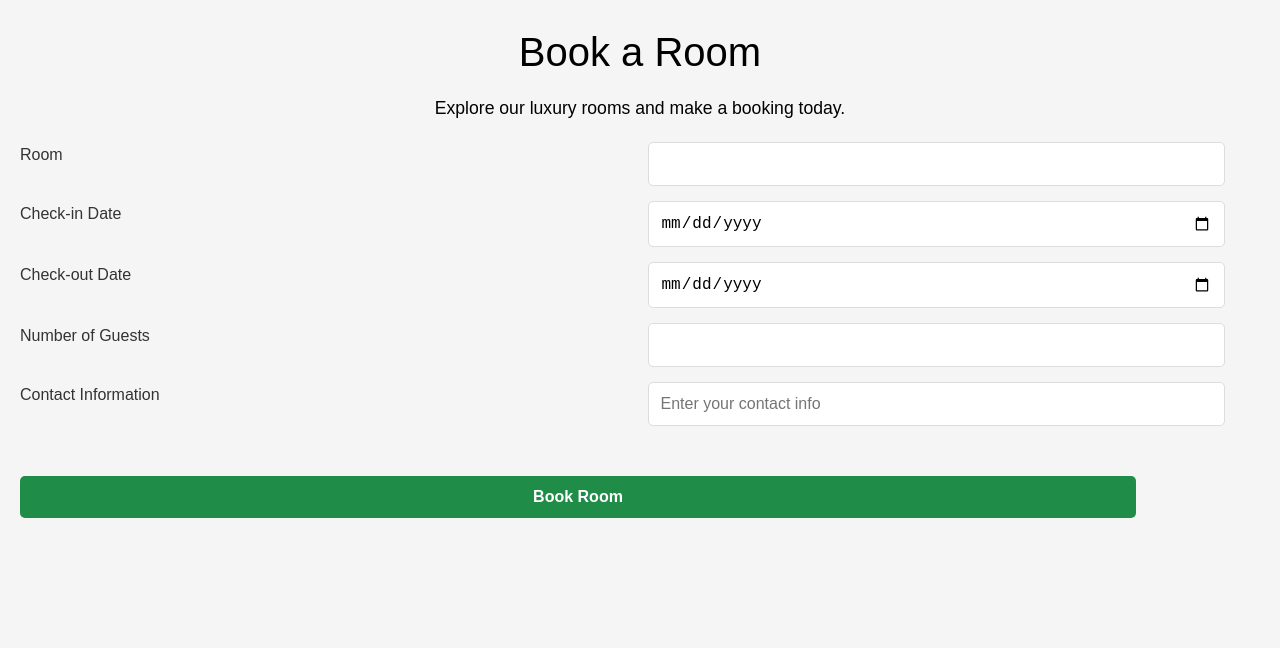
Repository: malingubarnice/Online-Reservation-System
Page: seperate_room.html
An editor plug-in stored every save of this project. The page is shown before and after the next save, followed by the edit.
The browser window is 1280 px wide. The pictures show the whole page.

Above is the page before, as saved 2025-04-03 18:01:30.
Console error: TypeError: Cannot read properties of null (reading 'addEventListener')

### seperate_room.html
<!DOCTYPE html>
<html lang="en">
<head>
    <meta charset="UTF-8">
    <meta name="viewport" content="width=device-width, initial-scale=1.0">
    <title>Room Booking</title>
    <link rel="stylesheet" href="styles.css">
</head>
<body>
    <!-- Rooms Section -->
<section id="rooms">
    <h1>Book a Room</h1>
    <p>Explore our luxury rooms and make a booking today.</p>

    <div class="room-list">
      <!-- Room cards dynamically loaded -->
    </div>

    <!--A Booking Form-->
  <!-- Booking form (initially hidden) -->

  <div class="reservation-form">
    <form action="send_room.php" method="post">
        <!-- Hidden input for room ID -->
        <input type="hidden" id="room_id" name="room_id">

        <label for="room-selection">Room</label>
        <input type="text" id="room-selection" name="room_name" readonly>

        <label for="check-in-date">Check-in Date</label>
        <input type="date" id="check-in-date" name="check_in_date" required>

        <label for="check-out-date">Check-out Date</label>
        <input type="date" id="check-out-date" name="check_out_date" required>

        <label for="guest-count">Number of Guests</label>
        <input type="number" id="guest-count" name="guest_count" min="1" required>

        <label for="contact-info">Contact Information</label>
        <input type="text" id="contact-info" name="contact-info" placeholder="Enter your contact info" required>

        <p id="price-display"></p>
        <input type="hidden" id="price" name="price">


        <button type="submit" class="reserve-btn">Book Room</button>
    </form>
  </div>



  <script>
    document.addEventListener("DOMContentLoaded", function () {
        let today = new Date().toISOString().split("T")[0];

        // Set min date for reservations
        document.getElementById("date").setAttribute("min", today);

        // Set min date for room bookings
        document.getElementById("check-in-date").setAttribute("min", today);

        // Update checkout date when check-in date is selected
        document.getElementById("check-in-date").addEventListener("change", function () {
            let checkInDate = this.value;
            document.getElementById("check-out-date").setAttribute("min", checkInDate);
        });
    });
  </script>

  <script src="roomjs.js"></script>



</body>
</html>

### styles.css
/* General Reset */
body, h1, h2, p, ul, li, a, button {
    margin: 0;
    padding: 0;
    box-sizing: border-box;
}

/* Body and Layout */
body {
    font-family: 'Arial', sans-serif;
    line-height: 1.6;
    background-color: #f5f5f5;
    color: #333;
}

/* Header */
header {
    display: flex;
    justify-content: space-between;
    align-items: center;
    padding: 20px;
    background: white;
    color: #fff;
    border-bottom: 2px solid #c4ccd4;
    border-radius: 26px;
    border-style: none;
}

header .logo img {
    height: 100px;
    border-radius: 50px;
}

header nav ul {
    display: flex;
    list-style: none;
}

header nav ul li {
    margin-left: 25px;
}

header nav ul li a {
    color: rgb(10, 10, 10);
    text-decoration: none;
    font-size: 25px;
    font-weight: 500;
    transition: color 0.3s;
}

header nav ul li a:hover {
    color: #eb2630;
}




/* Container for Features Section */
.features {
    display: flex;
    justify-content: flex-start;
    align-items: flex-start;
    flex-direction: row;  /* This will place the features next to each other */
    gap: 20px;  /* Adds space between each feature box */
    margin-left: 20px;  /* Adjust the space from the left */
  }

  /* Individual Feature Box */
  .feature {
    background-color: #fff;
    padding: 20px;
    margin-bottom: 15px;
    margin-top: 15px;
    box-shadow: 0 4px 8px rgba(0, 0, 0, 0.1);
    border-radius: 10px;
    flex: 1;  /* Makes each feature box take equal width */
  }

  /* Feature Header */
  .feature h2 {
    font-size: 22px;
    margin-bottom: 10px;
  }

  /* Feature Description */
  .feature p {
    font-size: 16px;
    color: white;
  }

  /* Optional: Adjusting feature links */
  .feature a {
    display: inline-block;
    background-color: #15ad4d;
    color: #fff;
    padding: 10px 20px;
    border-radius: 5px;
    text-decoration: none;
    transition: background-color 0.3s;
  }

  .feature a:hover {
    background-color: #1dd168;
  }




/* Reservations Section */
#reservations {
    padding: 50px 20px;
    background: #fff;
    margin: 20px auto;
    max-width: 900px;
    box-shadow: 0 8px 16px rgba(0, 0, 0, 0.1);
    border-radius: 10px;
}

#reservations h1 {
    font-size: 32px;
    margin-bottom: 20px;
    text-align: center;
    color: #2c3e50;
}

.reservation-form form {
    display: grid;
    grid-template-columns: 1fr 1fr;
    gap: 15px;
    margin-bottom: 30px;
}

.reservation-form label {
    font-size: 16px;
    color: #333;
}

.reservation-form input,
.reservation-form textarea,
.reserve-btn {
    padding: 12px;
    border: 1px solid #ddd;
    border-radius: 5px;
    font-size: 16px;
    transition: border-color 0.3s;
    width: 90%;
}

.reservation-form input:focus,
.reservation-form textarea:focus {
    border-color: #27ae60;
}

.reserve-btn {
    background-color: #1f8c47;
    color: #fff;
    font-weight: bold;
    cursor: pointer;
    border: none;
    transition: background-color 0.3s;
    grid-column: span 2;
}

.reserve-btn:hover {
    background-color: #10e669;
}

/* Table Layout */
.table-layout {
    margin-top: 20px;
    text-align: center;
}

.tables {
    display: grid;
    grid-template-columns: repeat(auto-fill, minmax(100px, 1fr));
    gap: 20px;
}

.tables .table {
    background-color: #ddd;
    padding: 20px;
    text-align: center;
    font-size: 18px;
    border-radius: 8px;
    cursor: pointer;
    transition: transform 0.3s, background-color 0.3s;
}

.tables .table:hover {
    transform: scale(1.1);
    background-color: #27ae60;
    color: #fff;
}




/* Menu Section */
#menu {
    padding: 50px 20px;
    background: #fff;
    margin: 20px auto;
    max-width: 900px;
    box-shadow: 0 8px 16px rgba(0, 0, 0, 0.1);
    border-radius: 10px;
}

.menu-items {
    display: grid;
    grid-template-columns: repeat(auto-fill, minmax(250px, 1fr));
    gap: 20px;
}

.menu-items .menu-item {
    background: #f4f4f4;
    padding: 20px;
    border-radius: 8px;
    box-shadow: 0 4px 8px rgba(0, 0, 0, 0.1);
    text-align: center;
    transition: transform 0.3s;
}

.menu-items .menu-item:hover {
    transform: scale(1.05);
    box-shadow: 0 8px 16px rgba(0, 0, 0, 0.2);
}

.menu-items img {
    max-width: 100%;
    border-radius: 5px;
}

/* Targeting buttons inside the #menu section */
#menu button {
    width: 100%;
    padding: 12px;
    background: #1f8c47;
    color: white;
    font-size: 16px;
    border: none;
    border-radius: 8px;
    cursor: pointer;
    transition: 0.3s;
}

#menu button:hover {
    background: #27ae60;
}


/* Footer */
footer {
    text-align: center;
    padding: 20px;
    background-color: whitesmoke;
    color: #fff;
    margin-top: 50px;
}

/* Responsive Design */
@media (max-width: 768px) {
    .features {
        flex-direction: column;
        align-items: center;
    }

    .feature {
        width: 100%;
        margin-bottom: 30px;
    }

    .reservation-form {
        grid-template-columns: 1fr;
    }

    .tables {
        grid-template-columns: 1fr 1fr;
    }

    .menu-items {
        grid-template-columns: 1fr 1fr;
    }
}

@media (max-width: 480px) {
    header {
        flex-direction: column;
        align-items: flex-start;
    }

    header nav ul {
        flex-direction: column;
        gap: 10px;
    }

    .hero h1 {
        font-size: 28px;
    }

    .hero p {
        font-size: 18px;
    }
}

/* Style for available tables */
.table {
    padding: 10px;
    margin: 10px;
    border: 1px solid #ccc;
    cursor: pointer;
    display: inline-block;
}

/* Highlight the selected table */
.table.selected {
    background-color: #4CAF50; /* Green background */
    color: white;
    border: 2px solid #fff;
}

/*stying order online section*/
#order-online {
    padding: 2rem;
}

.menu-item {
    border: 1px solid #ddd;
    margin: 1rem;
    padding: 1rem;
    text-align: center;
}
.order-form {
    margin-top: 2rem;
}
.order-total {
    font-weight: bold;
    margin-top: 1rem;
}


/*styling rooms*/
/* General styling for the Rooms Section */
#rooms {
    font-family: Arial, sans-serif;
    padding: 20px;
    background-color: #f5f5f5;
}

#rooms h1 {
    text-align: center;
    color: #333;
    font-size: 2.5rem;
    margin-bottom: 10px;
}

#rooms p {
    text-align: center;
    font-size: 1.1rem;
    color: #666;
    margin-bottom: 20px;
}

/* Room Listings */
.room-listings {
    display: grid;
    grid-template-columns: repeat(auto-fill, minmax(250px, 1fr));
    gap: 20px;
    margin-bottom: 30px;
}

.room-card {
    background-color: white;
    border-radius: 8px;
    box-shadow: 0 4px 6px rgba(0, 0, 0, 0.1);
    padding: 15px;
    text-align: center;
    transition: transform 0.3s ease-in-out;
}

.room-card:hover {
    transform: translateY(-5px);
}

.room-card img {
    width: 100%;
    height: 180px;
    object-fit: cover;
    border-radius: 8px;
}

.room-card h3 {
    font-size: 1.5rem;
    color: #333;
    margin: 15px 0;
}

.room-card p {
    font-size: 1.1rem;
    color: #777;
}

.room-card .price {
    font-size: 1.2rem;
    font-weight: bold;
    color: #1f8c47;
    margin-top: 10px;
}

.room-card button {
    background-color: #1f8c47;
    color: white;
    padding: 10px 15px;
    font-size: 1rem;
    border: none;
    border-radius: 5px;
    cursor: pointer;
    transition: background-color 0.3s;
}

.room-card button:hover {
    background-color: #27ae60;
}


/* New class for hiding the form */
.booking-form.hidden {
    display: none;
}

/* Booking Form Styling */
.booking-form {
    background-color: white;
    padding: 20px;
    border-radius: 8px;
    box-shadow: 0 4px 6px rgba(0, 0, 0, 0.1);
    width: 70%;
    max-width: 600px;
    margin: 0 auto;
}

.booking-form h2 {
    text-align: center;
    color: #333;
    font-size: 2rem;
    margin-bottom: 15px;
}

.booking-form form {
    display: flex;
    flex-direction: column;
    gap: 15px;
}

.booking-form label {
    font-size: 1.1rem;
    color: #333;
}

.booking-form select,
.booking-form input {
    padding: 10px;
    font-size: 1rem;
    border: 1px solid #ccc;
    border-radius: 5px;
    width: 100%;
}

.booking-form button {
    background-color: #1f8c47;
    color: white;
    padding: 12px 20px;
    font-size: 1.1rem;
    border: none;
    border-radius: 5px;
    cursor: pointer;
    transition: background-color 0.3s;
}

.booking-form button:hover {
    background-color: #27ae60;
}

/* Confirmation Message */
#confirmation-message {
    font-size: 1.2rem;
    color: #333;
    margin-top: 20px;
    text-align: center;
    display: none; /* Hidden initially */
}

#confirmation-message.success {
    color: #4caf50;
}

#confirmation-message.error {
    color: #f44336;
}



/* Container for styling the rooms */
.room-list {
    display: flex;
    flex-wrap: wrap; /* Allows room cards to wrap to the next line when necessary */
    justify-content: center; /* Centers the room cards horizontally */
    gap: 20px; /* Adds space between cards */
    max-width: 80%; /* Makes the container occupy 80% of the page */
    margin: 0 auto; /* Centers the container horizontally */
}

/* Individual room card */
.room-card {
    width: 30%; /* Makes each card take up about 30% of the container's width */
    max-width: 300px; /* Optional: Set a max width for the cards */
    margin: 10px;
    padding: 15px;
    text-align: center;
    box-shadow: 0 4px 8px rgba(0, 0, 0, 0.1);
    background-color: #fff;
    border-radius: 10px;
    box-sizing: border-box;
}

/* Image inside room card */
.room-card img {
    width: 100%; /* Ensures the image stretches across the container */
    height: auto; /* Keeps aspect ratio intact */
    object-fit: contain; /* Ensures the full image is visible */
}

@media (max-width: 768px) {
    .room-card {
        width: 100%; /* Makes room cards stack on smaller screens */
    }
}

/* Target the specific booking room section and make the font weight lighter */
#rooms {
    color: black; /* Keeps the text color black */
    font-weight: lighter; /* Makes the font weight lighter */
}

/* Target the room cards within the booking room section */
#rooms .room-card {
    color: black; /* Ensures room card text is black */
    font-weight: lighter; /* Makes the room card text lighter */
}

/* You can also target specific elements like titles and descriptions, if necessary */
#rooms h1, #rooms p, #rooms .room-name, #rooms .room-description {
    color: black; /* Sets the text to black */
    font-weight: lighter; /* Reduces the font weight */
}

### roomjs.js








document.addEventListener('DOMContentLoaded', function () {
    fetch('get_room.php')
      .then(response => response.json())
      .then(data => {
        if (Array.isArray(data)) {
          displayRooms(data);
        } else {
          console.error('Error fetching rooms:', data.message);
        }
      })
      .catch(error => console.error('Error fetching room data:', error));
});

function displayRooms(rooms) {
    const roomListContainer = document.querySelector('.room-list');
    roomListContainer.innerHTML = ""; // Clear previous content

    rooms.forEach(room => {
        const roomHTML = `
            <div class="room-card">
                <img src="${room.image_url}" alt="${room.room_name}" style="width: 100%; height: 200px; object-fit: cover;">
                <h2>${room.room_name}</h2>
                <p>Type: ${room.room_type}</p>
                <p>Capacity: ${room.capacity} guests</p>
                <p>${room.description}</p>
                <p>Price: KSh ${room.price_per_night.toLocaleString()}</p>
                <button onclick="selectRoom(${room.room_id}, '${room.room_name}', ${room.price_per_night})">Book Now</button>
            </div>
        `;
        roomListContainer.innerHTML += roomHTML;
    });
}

function selectRoom(roomId, roomName, price) {
    console.log(`Room selected: ${roomName} (ID: ${roomId})`);

    document.getElementById('room-selection').value = roomName;
    document.getElementById('room_id').value = roomId;
    document.getElementById('price').textContent = `KSh ${price.toLocaleString()}`;
    document.querySelector('.booking-form').style.display = 'block';
}

document.getElementById('room-booking-form').addEventListener('submit', function (event) {
    event.preventDefault();

    const roomId = document.getElementById('room_id').value;
    const checkInDate = document.getElementById('check-in-date').value;
    const checkOutDate = document.getElementById('check-out-date').value;
    const guestCount = document.getElementById('guest-count').value;
    const contactInfo = document.getElementById('contact-info').value;

    const today = new Date();
    const checkIn = new Date(checkInDate);
    const checkOut = new Date(checkOutDate);

    today.setHours(0, 0, 0, 0);
    checkIn.setHours(0, 0, 0, 0);
    checkOut.setHours(0, 0, 0, 0);

    if (checkIn < today) {
        alert("Check-in date cannot be in the past.");
        return;
    }

    if (checkIn >= checkOut) {
        alert("Check-out date must be after check-in date.");
        return;
    }

    fetch('book_room.php', {
        method: 'POST',
        body: JSON.stringify({
            room_id: roomId,
            check_in_date: checkInDate,
            check_out_date: checkOutDate,
            guest_count: guestCount,
            contact_info: contactInfo
        }),
        headers: {
            'Content-Type': 'application/json'
        }
    })
    .then(response => response.json())
    .then(data => {
        if (data.status === 'success') {
            alert('Booking confirmed!');
            location.reload();
        } else {
            alert('Error: ' + data.message);
        }
    })
    .catch(error => console.error('Error:', error));
});

After the next save:
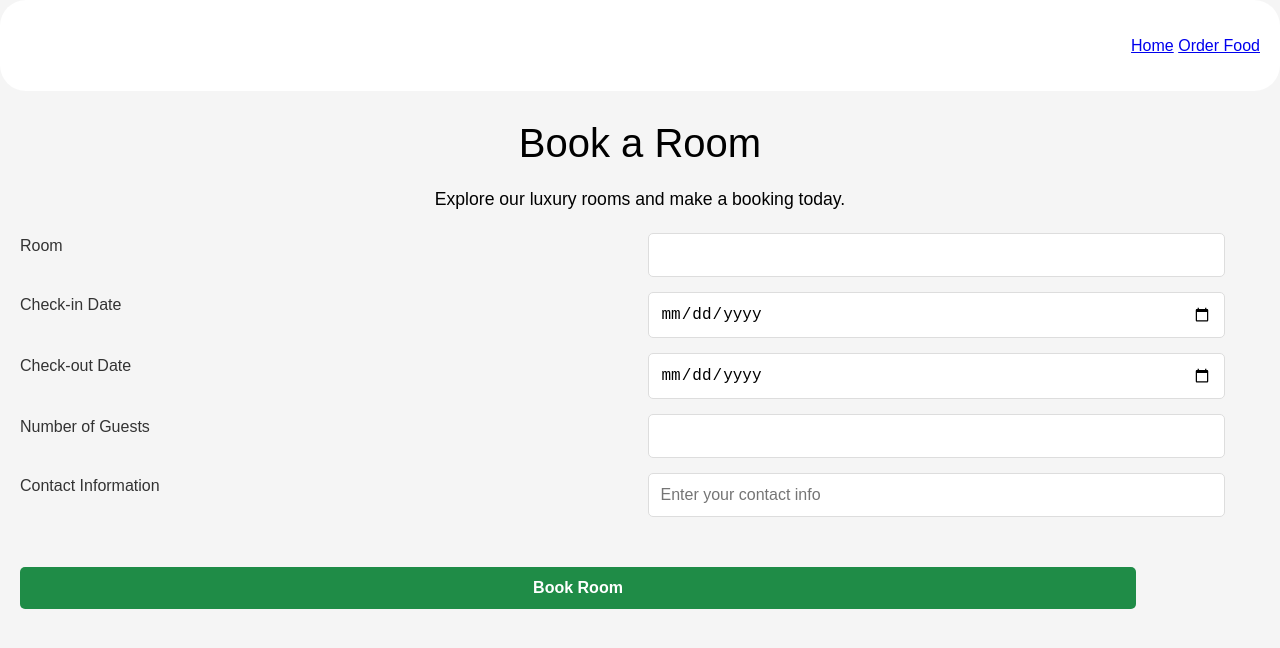
The error is gone.
Saved 98 s later.
--- a/seperate_room.html
+++ b/seperate_room.html
@@ -3,73 +3,70 @@
 <head>
     <meta charset="UTF-8">
     <meta name="viewport" content="width=device-width, initial-scale=1.0">
-    <title>Room Booking</title>
-    <link rel="stylesheet" href="styles.css">
+    <title>Book a Room</title>
+    <link rel="stylesheet" href="styles.css"> <!-- Link your existing CSS -->
 </head>
 <body>
+    <header>
+        <h1>Book a Room</h1>
+        <nav>
+            <a href="index.html">Home</a>
+            <a href="menu.html">Order Food</a>
+        </nav>
+    </header>
+
     <!-- Rooms Section -->
-<section id="rooms">
-    <h1>Book a Room</h1>
-    <p>Explore our luxury rooms and make a booking today.</p>
+    <section id="rooms">
+        <h1>Book a Room</h1>
+        <p>Explore our luxury rooms and make a booking today.</p>
 
-    <div class="room-list">
-      <!-- Room cards dynamically loaded -->
-    </div>
+        <div class="room-list">
+            <!-- Room cards dynamically loaded -->
+        </div>
 
-    <!--A Booking Form-->
-  <!-- Booking form (initially hidden) -->
+        <!-- Booking Form -->
+        <div class="reservation-form">
+            <form action="send_room.php" method="post">
+                <!-- Hidden input for room ID -->
+                <input type="hidden" id="room_id" name="room_id">
 
-  <div class="reservation-form">
-    <form action="send_room.php" method="post">
-        <!-- Hidden input for room ID -->
-        <input type="hidden" id="room_id" name="room_id">
+                <label for="room-selection">Room</label>
+                <input type="text" id="room-selection" name="room_name" readonly>
 
-        <label for="room-selection">Room</label>
-        <input type="text" id="room-selection" name="room_name" readonly>
+                <label for="check-in-date">Check-in Date</label>
+                <input type="date" id="check-in-date" name="check_in_date" required>
 
-        <label for="check-in-date">Check-in Date</label>
-        <input type="date" id="check-in-date" name="check_in_date" required>
+                <label for="check-out-date">Check-out Date</label>
+                <input type="date" id="check-out-date" name="check_out_date" required>
 
-        <label for="check-out-date">Check-out Date</label>
-        <input type="date" id="check-out-date" name="check_out_date" required>
+                <label for="guest-count">Number of Guests</label>
+                <input type="number" id="guest-count" name="guest_count" min="1" required>
 
-        <label for="guest-count">Number of Guests</label>
-        <input type="number" id="guest-count" name="guest_count" min="1" required>
+                <label for="contact-info">Contact Information</label>
+                <input type="text" id="contact-info" name="contact-info" placeholder="Enter your contact info" required>
 
-        <label for="contact-info">Contact Information</label>
-        <input type="text" id="contact-info" name="contact-info" placeholder="Enter your contact info" required>
+                <p id="price-display"></p>
+                <input type="hidden" id="price" name="price">
 
-        <p id="price-display"></p>
-        <input type="hidden" id="price" name="price">
+                <button type="submit" class="reserve-btn">Book Room</button>
+            </form>
+        </div>
+    </section>
 
+    <script>
+        document.addEventListener("DOMContentLoaded", function () {
+            let today = new Date().toISOString().split("T")[0];
 
-        <button type="submit" class="reserve-btn">Book Room</button>
-    </form>
-  </div>
+            // Set min date for reservations
+            document.getElementById("check-in-date").setAttribute("min", today);
 
-
-
-  <script>
-    document.addEventListener("DOMContentLoaded", function () {
-        let today = new Date().toISOString().split("T")[0];
-
-        // Set min date for reservations
-        document.getElementById("date").setAttribute("min", today);
-
-        // Set min date for room bookings
-        document.getElementById("check-in-date").setAttribute("min", today);
-
-        // Update checkout date when check-in date is selected
-        document.getElementById("check-in-date").addEventListener("change", function () {
-            let checkInDate = this.value;
-            document.getElementById("check-out-date").setAttribute("min", checkInDate);
+            // Update checkout date when check-in date is selected
+            document.getElementById("check-in-date").addEventListener("change", function () {
+                let checkInDate = this.value;
+                document.getElementById("check-out-date").setAttribute("min", checkInDate);
+            });
         });
-    });
-  </script>
-
-  <script src="roomjs.js"></script>
-
-
+    </script>
 
 </body>
 </html>
